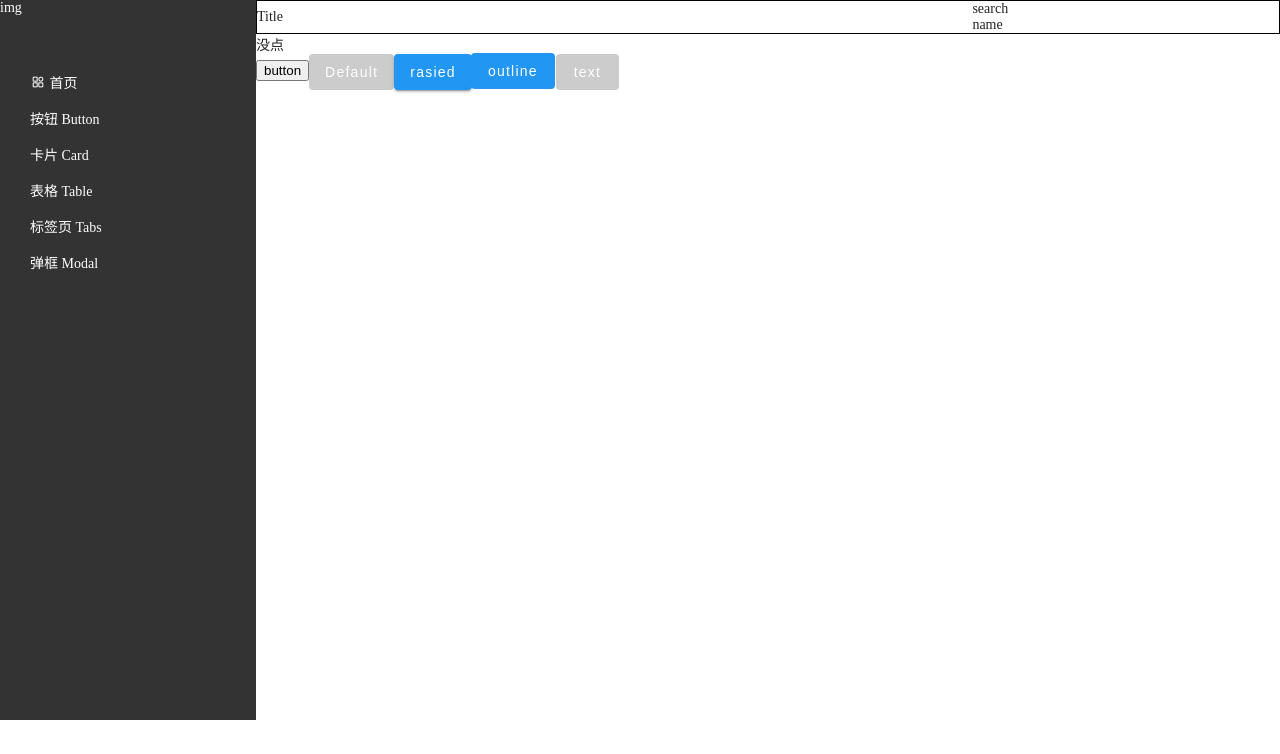
Repository: wyhsunflower/koalaUI
Page: /
The author's editor kept a copy of each file at every save. The page is drawn from the files as they stood at one save, then again after the next save.
The browser window is 1280 px wide. The pictures show the whole page.
The project was rebuilt for these pictures with package versions that can differ from the ones it lists, and the page was loaded fresh each time. Also part of the build but not shown: webpack.config.js, src/components/Modal/Modal.vue. Imported but missing from the stored project, and not drawn on this page: src/views/go/go2.vue.

Above is the page before, as saved 2020-03-12 22:41:46.

### index.html
<!DOCTYPE html>
<html lang="en">
<head>
    <meta charset="UTF-8">
    <title>koala's UI</title>
</head>
<body>
<div id="app"></div>
</body>
</html>

### src/index.js
import Vue from 'vue';
import App from './app';
import './components/components.js'
import './styles/global.scss';
import './styles/iconfont/icon.scss'
import router from './router/route';


new Vue({
    router,
    render(h) {
        return h(App);
    }
}).$mount('#app');

### src/app.vue
<template>
    <div id="app" class="container">
        <SideBar></SideBar>
        <div class="right">
            <Header></Header>
            <div class="main">
                <transition>
                 <router-view></router-view>
                </transition>
            </div>
        </div>
    </div>
</template>
<script>
    import SideBar from './SideBar';
    import Header from './Header';
    export default {
        name: "app",
        components:{
            SideBar,
            Header
        },
    }
</script>

<style lang="scss" scoped>
    @import "styles/global";
    .container{
        width: 100%;
        display: flex;
        flex-flow: row nowrap;
        height: 100%;
    }
    .right{
        width: 80%;
        height: 100%;
    }
        .main{
            width: 100%;
            height: 100%;
        }
</style>

### src/components/components.js
import Vue from 'vue'
import Button from './Button/Button';
import Modal from './Modal/Modal';

Vue.component('Button',Button);
Vue.component('Modal',Modal);

### src/styles/global.scss
$font-color: rgba(0,0,0, 0.87);
$color-btn-default:#ccc;
$color-btn-primary:#2196f3;
* {
    box-sizing: border-box;
}
html, body {
    margin: 0;
    padding: 0;
    font-size: 14px;
}
html{
    width: 100%;
    height: 100%;
    outline: none;
    font-size: 14px;
}
body {
    color: $font-color;
    font-size: 14px;
    height: 100%;
    width: 100%;
}
.koala-button{

    -moz-osx-font-smoothing: grayscale;
    -webkit-font-smoothing: antialiased;
    font-size: 1rem;
    line-height: 2.25rem;
    font-weight: 500;
    letter-spacing: .0892857143em;
    text-decoration: none;
    display: inline-flex;
    position: relative;
    align-items: center;
    justify-content: center;
    box-sizing: border-box;
    min-width: 64px;
    border: none;
    outline: none;
    line-height: 1;
    -webkit-user-select: none;
    -moz-user-select: none;
    -ms-user-select: none;
    user-select: none;
    -webkit-appearance: none;
    overflow: visible;
    vertical-align: middle;
    border-radius: 4px;

    padding: 0 1.145rem;
    min-width: 4.5rem;
    color: #fff;
    height: 2.572rem;
}

### src/styles/iconfont/icon.scss
@font-face {font-family: "iconfont";
  src: url('./iconfont.eot?t=1575969178796'); /* IE9 */
  src: url('./iconfont.eot?t=1575969178796#iefix') format('embedded-opentype'), /* IE6-IE8 */
       url('./iconfont.woff?t=1575969178796') format('woff'),
       url('./iconfont.ttf?t=1575969178796') format('truetype'), /* chrome, firefox, opera, Safari, Android, iOS 4.2+ */
       url('./iconfont.svg?t=1575969178796#iconfont') format('svg'); /* iOS 4.1- */
}
.iconfont {
  font-family: "iconfont" !important;
  font-size: 16px;
  font-style: normal;
  -webkit-font-smoothing: antialiased;
  -moz-osx-font-smoothing: grayscale;
}
.icon-all:before {
  content: "\e6ef";
}

### src/router/route.js
import Router from 'vue-router';
import Vue from 'vue';
//import Home from '../app';
//import Button from '../components/Button/Button';
import Home from '../views/home';


const routerListDir=[];

function importAllRouter(r) {
    r.keys().forEach(
        (key)=>routerListDir.push(r(key).default)
    )
}

importAllRouter(require.context('../router',true,/\.router\.js/));
Vue.use(Router);
console.log(routerListDir);

export default new Router({
    routes: [
        ...routerListDir,
        { path: '/',component:Home},
        //{ path: '/button',component:Button},
    ]
});

### src/SideBar.vue
<template>
    <div class="side">
        <div class="top">
            <div>img</div>
            <!--<img src="./static/img/logo.jpg">-->
        </div>
        <ul class="side-list">
            <li v-for="x of lists">
                <i class="iconfont" :class="x.icon"></i>
                {{x.name}}
            </li>
        </ul>
    </div>
</template>

<script>
    export default {
        name: "SideBar",
        data(){
            return{
                lists:[
                    {
                        name:'首页',
                        icon:'icon-all',
                    },
                    {
                        name:'按钮 Button',
                        icon:'button',
                    },
                    {
                        name:'卡片 Card',
                        icon:'card',
                    },
                    {
                        name:'表格 Table',
                        icon:'table',
                    },
                    {
                        name:'标签页 Tabs',
                        icon:'tabs',
                    },
                    {
                        name:'弹框 Modal',
                        icon:'modal',
                    },
                ],
            }
        },
    }
</script>

<style lang="scss" scoped>
    .side {
        max-width: 300px;
        width: 20%;
        background: rgba(0,0,0,.8);
        height: 100%;
        color: #fff;
    }
    .top {
        height: 50px;
    }
    ul{
        list-style: none;
        padding: 0;
    }
    li{
        padding: 8px 30px;
        &:hover{background: rgba(0,0,0,.2);}
    }
</style>

### src/Header.vue
<template>
    <div class="header">
        <div class="title">Title</div>
        <div class="right">
            <div class="search">search</div>
            <div class="config">name</div>
        </div>
    </div>
</template>

<script>
    export default {
        name: "Header"
    }
</script>

<style lang="scss" scoped>
    .header{
        width: 100%;
        display: flex;
        justify-content: space-between;
        align-items: center;
        border: 1px solid #000;
    }
    .title{
        width: 60%;
    }
    .right{
        width: 30%;
    }
</style>

### src/components/Button/Button.vue
<template>
    <component
            class="koala-button"
            :class="buttonType"
            is="button"
            @click="onClick"
    >
        <slot></slot>
    </component>
</template>

<script>
    //type color icon
    export default {
        name: "Button",
        // ['type','color','diabled','size'],
        props: {
            type:{
                type: String,
                default:'default', // 'default', 'rasied , 'text', 'outline'
            },
            color:{
                type: String,
                default: 'default', // 'default', 'primary', 'accent', 'green', 'orange', or 'red'
            },
            size:{
                type: String,
                default: 'normal' // 'small', 'normal', 'large','custom'
            },
            disabled: {
                type: Boolean,
                default: false
            }
        },
        data(){
            return{
            }
        },
        components:{

        },
        computed:{
            buttonType(){
                return `koala-button-${this.type}`
            },
        },
        methods:{
            onClick(e){
                this.$emit('click', e);
            }
        },
        mounted(){
        },
    }
</script>

<style lang="scss" scoped >
    @import "../../styles/global.scss";
// .koala-button{
//     background-color:#ccc;
//     min-width: 4.5rem;
//     border-radius: .25rem;
//     color: #fff;
//     font-size: .875rem;
//     font-weight: 300;
//     box-sizing: border-box;
//     position: relative;
//     -webkit-user-select: none;
//     -moz-user-select: none;
//     -ms-user-select: none;
//     user-select: none;
//     cursor: pointer;
//     outline: none;
//     border: none;
//     -webkit-tap-highlight-color: transparent;
//     display: inline-block;
//     white-space: nowrap;
//     text-decoration: none;
//     vertical-align: baseline;
//     text-align: center;
//     margin: 0;
//     min-width: 64px;
//     line-height: 36px;
//     padding: 0 16px;
//     border-radius: 4px;
//     overflow: visible;
//     transform: translate3d(0, 0, 0);
//     transition: background 400ms cubic-bezier(0.25, 0.8, 0.25, 1),box-shadow 280ms cubic-bezier(0.4, 0, 0.2, 1);
// }
    .koala-button-default{
        box-shadow: 0 0 0 0 rgba(0,0,0,.2), 0 0 0 0 rgba(0,0,0,.14), 0 0 0 0 rgba(0,0,0,.12);
        background-color:$color-btn-default;
    }
    .koala-button-rasied{
        background-color:$color-btn-primary;
        box-shadow: 0px 3px 1px -2px rgba(0, 0, 0, 0.2), 0px 2px 2px 0px rgba(0, 0, 0, 0.14), 0px 1px 5px 0px rgba(0,0,0,.12);
        transition: box-shadow 280ms cubic-bezier(0.4, 0, 0.2, 1);
    }
    .koala-button-text{
        background-color:$color-btn-default;
    }
    .koala-button-outline{
        top: -1px;
        left: -1px;
        border: 1px solid transparent;
        background-color:$color-btn-primary;
    }
</style>

### src/views/home.vue
<template>
    <div class="main-container">
        <div>{{message}}</div>
        <button @click="showModal">button</button>
        <Modal v-if="modal" :self="this" :confirmCallback="confirmWay" :cancelCallback="cancelWay">
            <div>Modal组件</div>
            <div>Modal组件</div>
            <div>Modal组件</div>
            <div>Modal组件</div>
            <div>Modal组件</div>
            <div>Modal组件</div>
        </Modal>
        <Button @click="clicked('default')" type="default">Default</Button>
        <Button @click="clicked('rasied')" type="rasied">rasied</Button>
        <Button @click="clicked('outline')" type="outline">outline</Button>
        <Button @click="clicked('text')" type="text">text</Button>
    </div>
</template>

<script>
    // import Modal from '../components/Modal/Modal.vue'
    // import Button from '../components/Button/Button.vue'
    export default {
        name: "home",
        data(){
            return{
                modal:false,
                message:'没点'
            }
        },
        // components:{
        //     Button
        // },
        methods:{
            showModal(){
                this.modal = true
            },
            confirmWay(){
                this.message = '确定'
            },
            cancelWay(){
                this.message = '取消了'
            },
            clicked(name){
                alert(name)
            },
        },
    }
</script>

<style scoped>

</style>

### src/router/button.router.js
import Button from '../components/Button/Button';
export default {
    path: '/button',
    name: 'button',
    component:Button,
    children:[]
}

### src/router/modal.router.js
import Modal from '../components/Modal/Modal';
export default {
    path: '/modal',
    name: 'modal',
    component:Modal,
}

### src/router/sample.router.js
import Sample from '../views/go/go2.vue';
export default {
    path: '/sample',
    name: 'sample',
    component:Sample,
}

After the next save:
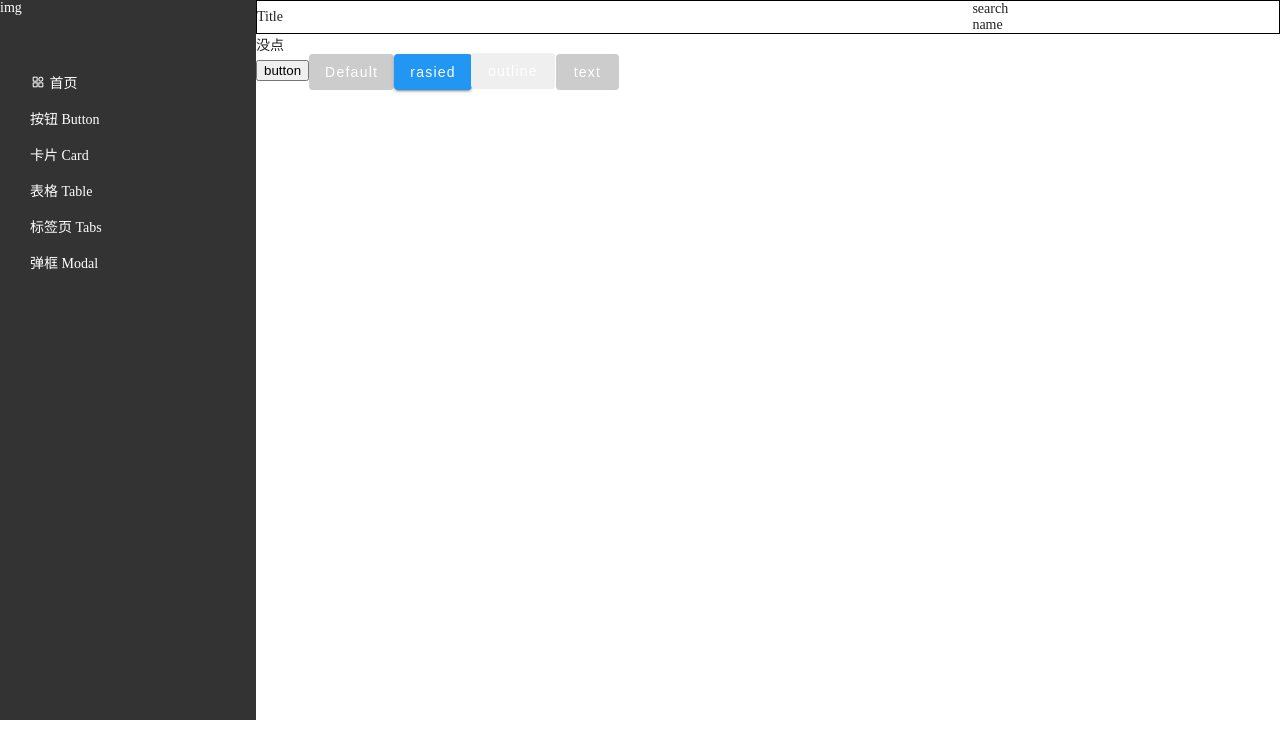
Saved 12 s later.
--- a/src/components/Button/Button.vue
+++ b/src/components/Button/Button.vue
@@ -103,6 +103,5 @@
         top: -1px;
         left: -1px;
         border: 1px solid transparent;
-        background-color:$color-btn-primary;
     }
 </style>
